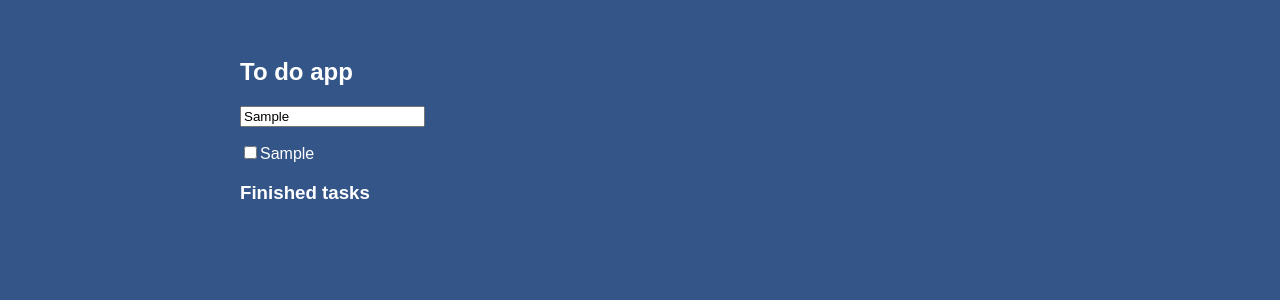
Repository: minsuk1/portfolio
Page: a.html
An editor plug-in stored every save of this project. The page is shown before and after the next save, followed by the edit.
The browser window is 1280 px wide. The pictures show the whole page.
Empty fields were first filled with sample values (such as "Sample", 5 or name@example.com).
After loading, the first visible `form` was submitted once.
Some web libraries are served in a nearby version.

Above is the page before, as saved 2021-01-02 13:51:41.

After the next save:
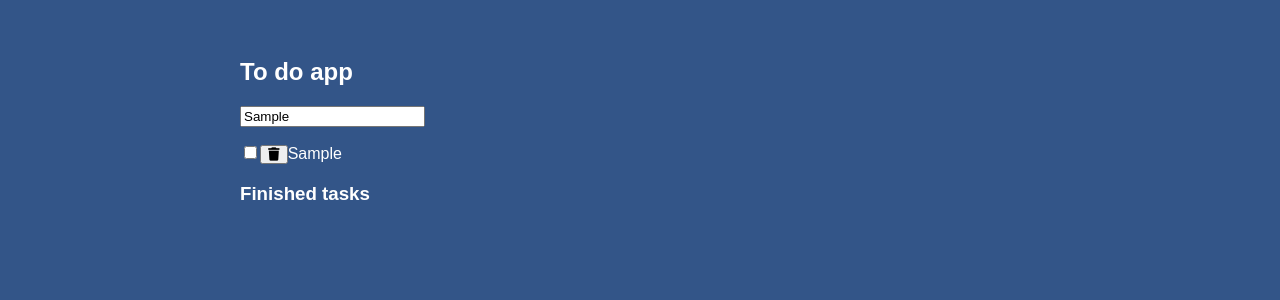
Saved 93 s later.
--- a/a.html
+++ b/a.html
@@ -47,6 +47,7 @@
                 var task_elem = $('<div>')
                     .append('<input type="checkbox">')
                     .addClass('task')
+                    .append("<button><i class='fas fa-trash'></i></button>")
                     .append(newtask);
                 $('#tasks').append(task_elem);
 
@@ -74,7 +75,7 @@
                 } else {
                     //task.append("<button>삭제</button>")
                     task.addClass('strikeout')
-                    task.append("<button><i class='fas fa-trash'></i></button>")
+                   // task.append("<button><i class='fas fa-trash'></i></button>")
 
                     task.appendTo($('#done'));
 
